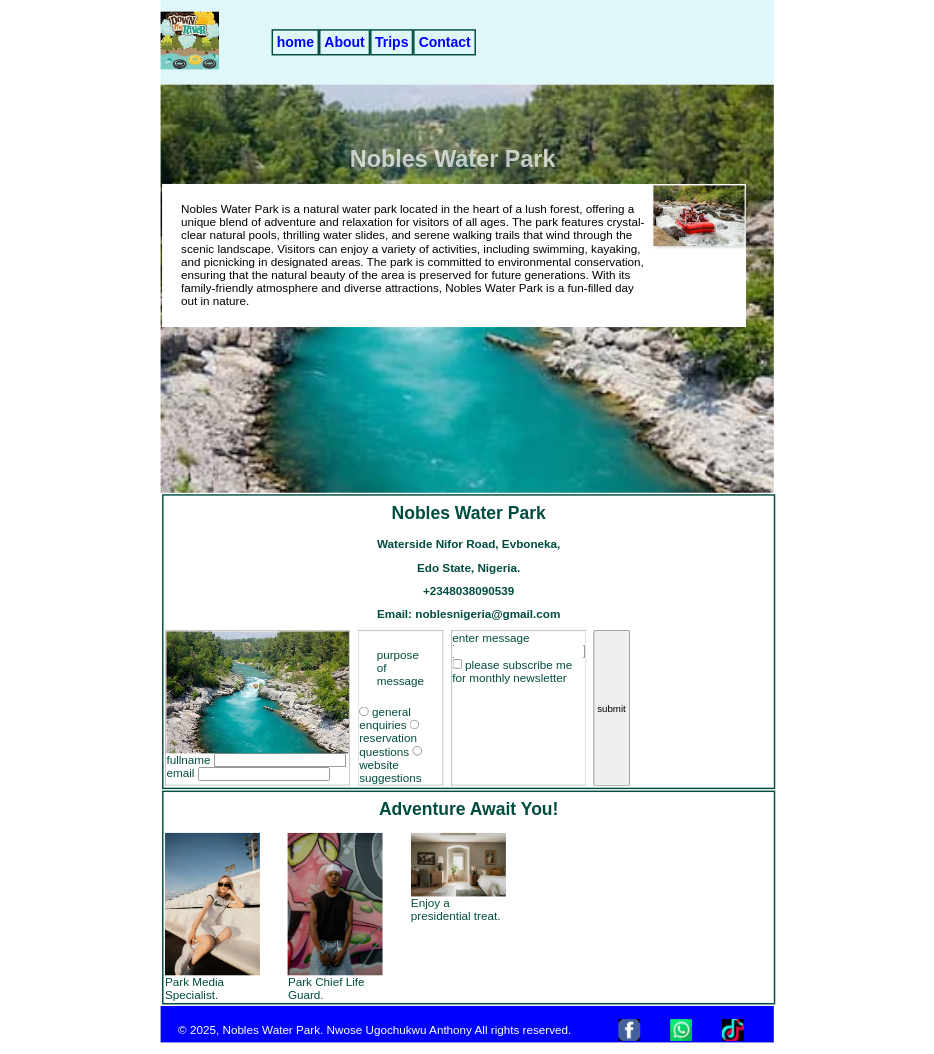
Repository: NoblesNigeria/wdd130
Page: wwr/contact.html
An editor plug-in stored every save of this project. The page is shown before and after the next save, followed by the edit.
The browser window is 1280 px wide. The pictures show the whole page, at 73% of full size.

Above is the page before, as saved 2025-09-24 15:41:06.

After the next save:
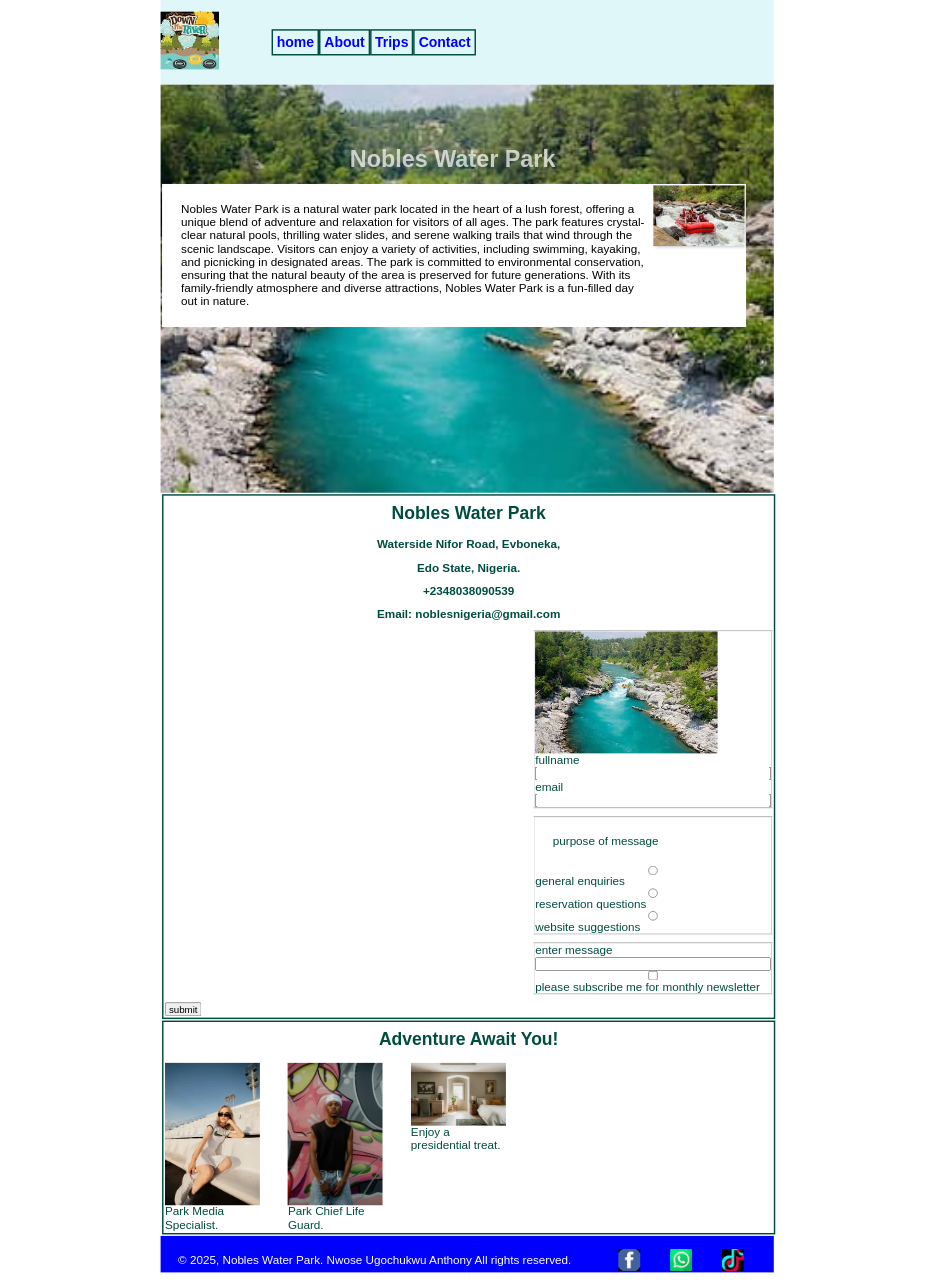
Saved 3 min 30 s later.
--- a/wwr/styles/rafting.css
+++ b/wwr/styles/rafting.css
@@ -97,6 +97,11 @@ h3{
     grid-column: 1/6;
     font-size: medium;
 }
+fieldset{
+    display: flex;
+    flex-direction:column;
+    grid-column:4/6;
+}
 button{
     width:50px;
     align-items: right;
